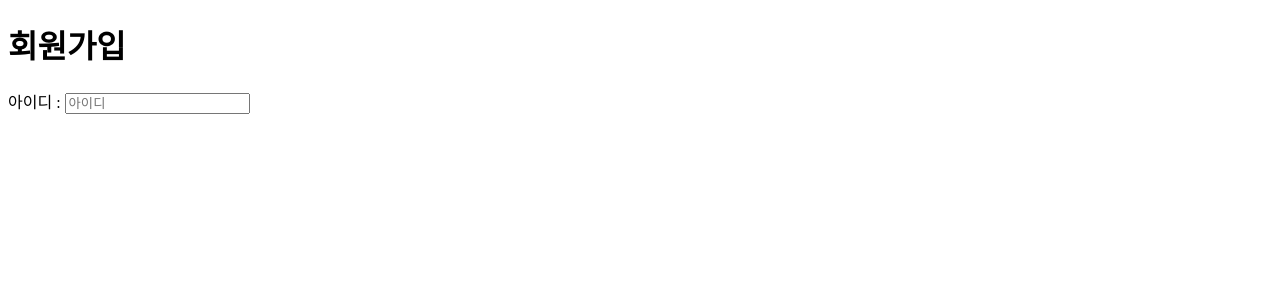
Repository: bbqju13/jsp0602
Page: http://localhost/project4/user/join.jsp
The author's editor kept a copy of each file at every save. The page is drawn from the files as they stood at one save, then again after a run of saves.
The browser window is 1280 px wide. The pictures show the whole page.
The page is served by Tomcat 9. Other server files are loaded and not shown.

Above is the page before, as saved 2023-05-30 02:23:55.

### jsp_project4/project4/src/main/webapp/user/join.jsp
<%@ page language="java" contentType="text/html; charset=UTF-8"
	pageEncoding="UTF-8"%>
<!DOCTYPE html>
<html>
<head>
<meta charset="UTF-8">
<title>회원가입</title>
</head>
<body>
	<!-- id pw birth age name -->
	<h1>회원가입</h1>
	<form action="">
		아이디 : <input type="text" name="id" placeholder="아이디">
	</form>
</body>
</html>

After the next 2 saves:
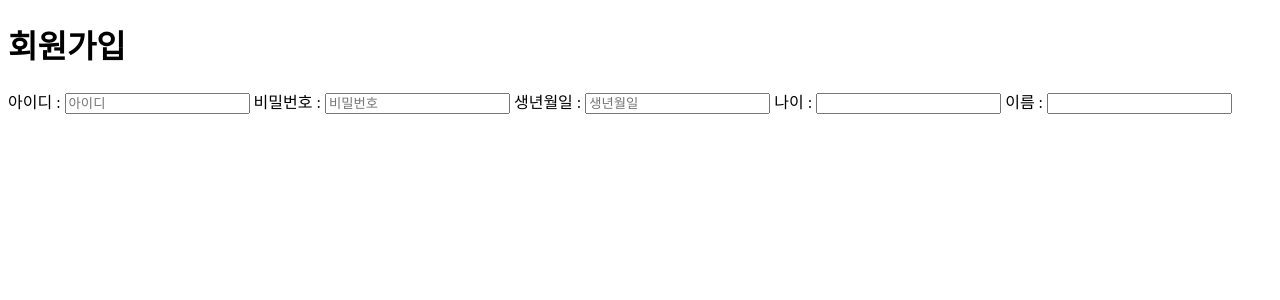
The 2 saves are shown as one change because they came seconds apart.
The last was saved 94 s later.
--- a/jsp_project4/project4/src/main/webapp/user/join.jsp
+++ b/jsp_project4/project4/src/main/webapp/user/join.jsp
@@ -11,6 +11,10 @@
 	<h1>회원가입</h1>
 	<form action="">
 		아이디 : <input type="text" name="id" placeholder="아이디">
+		비밀번호 : <input type="password" name="pw" placeholder="비밀번호">
+		생년월일 : <input type="text" name="birth" placeholder="생년월일">
+		나이 : <input type="text" name="age">
+		이름 : <input type="text" name="name">
 	</form>
 </body>
 </html>
